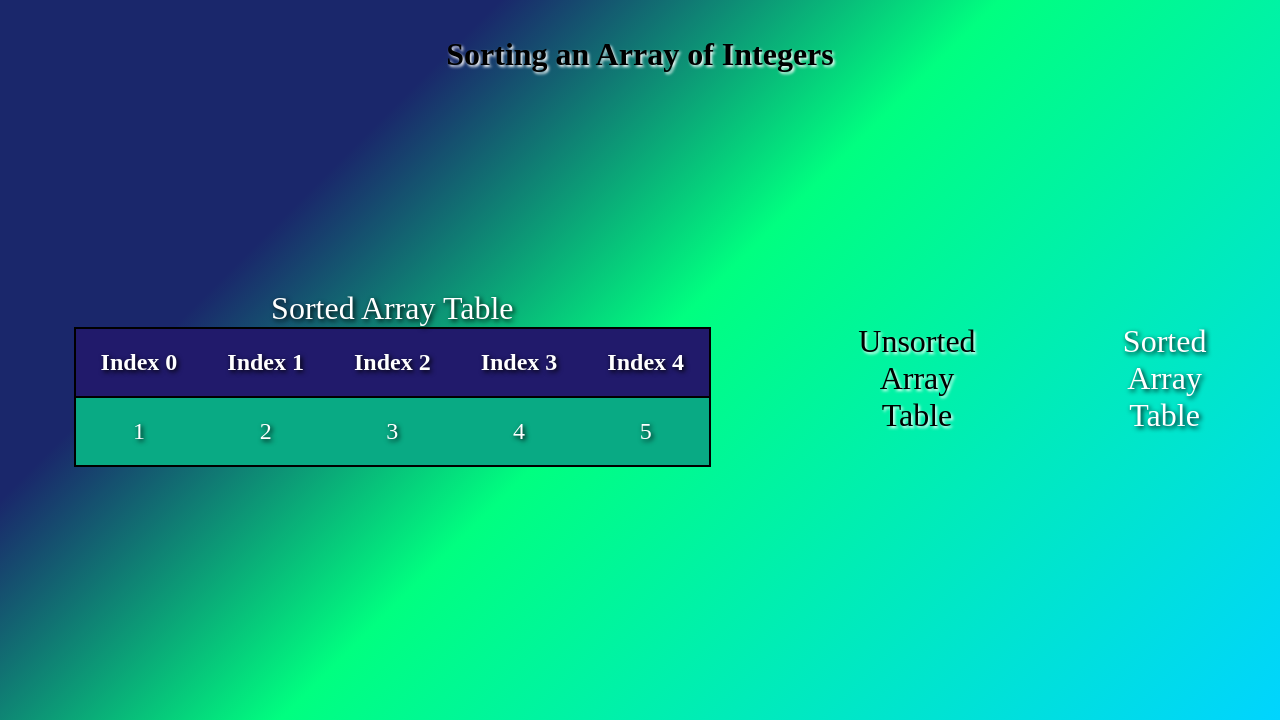
Repository: mlmEFSC21/P16-Sorting-Integers
Page: sort.html
These files come from the project's save history. The page is drawn as it stood at one moment and after the next save; the edit follows.
The browser window is 1280 px wide. The pictures show the whole page.

Above is the page before, as saved 2022-03-25 14:22:45.

### sort.html
<!DOCTYPE html>
<html lang="en">
    <head>
        <meta charset="UTF-8" />
        <meta http-equiv="X-UA-Compatible" content="IE=edge" />
        <meta name="viewport" content="width=device-width, initial-scale=1.0" />
        <link rel="stylesheet" href="sort.css" />
        <script defer src="sort.js"></script>
        <title>Array Sorting</title>
    </head>
    <body>
        <header class="mainHeader">
            <h1>Sorting an Array of Integers</h1>
        </header>
        <section>
            <div class="arrayContainer" id="arrayContainer">
                <!-- <table class="unsortedTable" id="unsortedTable">
                    <caption>
                        Unsorted Array Table
                    </caption>
                    <thead>
                        <tr class="theadRow">
                            <th>Index 0</th>
                            <th>Index 1</th>
                            <th>Index 2</th>
                            <th>Index 3</th>
                            <th>Index 4</th>
                        </tr>
                    </thead>
                    <tbody>
                        <tr>
                            <td>2</td>
                            <td>5</td>
                            <td>1</td>
                            <td>4</td>
                            <td>3</td>
                        </tr>
                    </tbody>
                </table> -->
                <table class="sortedTable" id="sortedTable">
                    <caption>
                        Sorted Array Table
                    </caption>
                    <thead>
                        <th>Index 0</th>
                        <th>Index 1</th>
                        <th>Index 2</th>
                        <th>Index 3</th>
                        <th>Index 4</th>
                    </thead>
                    <tbody>
                        <tr>
                            <td>1</td>
                            <td>2</td>
                            <td>3</td>
                            <td>4</td>
                            <td>5</td>
                        </tr>
                    </tbody>
                </table>
            </div>
        </section>
    </body>
</html>

### sort.css
:root {
    --clr-background: #00ff8f;
    --clr-primary-T1: hsl(184, 100%, 50%);
    --clr-primary-T2: hsl(245, 61%, 26%);
    --clr-secondary-T1: hsl(124, 100%, 50%);
    --clr-secondary-T2: hsl(166, 90%, 35%);
}
*,
*::after,
*::before {
    box-sizing: border-box;
    margin: 0;
    padding: 0;
}
body {
    font-size: 0.875;
    text-shadow: 1.75px 1.75px 3px white;
    background-color: var(--clr-background);
    background-repeat: no-repeat;
    background-size: cover;
    background: linear-gradient(
        135deg,
        rgba(26, 39, 107, 1) 25%,
        rgba(0, 255, 128, 1) 50%,
        rgba(0, 212, 255, 1) 100%
    );
    height: 100vh;
}
.mainHeader {
    height: 15vh;
    display: flex;
    align-items: center;
    justify-content: center;
}
.arrayContainer {
    height: min(75vh, 640px);
    display: flex;
    align-items: center;
    justify-content: space-around;
}
table {
    border-collapse: collapse;
    font-size: 1.5rem;
    border: 2px solid black;
}
caption {
    font-size: 2rem;
}
thead {
    border-bottom: 2px solid black;
}
th,
td {
    margin: 10px 15px;
    padding: 20px 25px;
}
.unsortedTable th {
    background-color: var(--clr-primary-T1);
}
.unsortedTable td {
    background-color: var(--clr-secondary-T1);
    text-align: center;
}
.sortedTable {
    color: white;
    text-shadow: 1.75px 1.75px 5px black;
}
.sortedTable th {
    background-color: var(--clr-primary-T2);
}
.sortedTable td {
    background-color: var(--clr-secondary-T2);
    text-align: center;
}

### sort.js
//hardcoded array to create logic for the sort.
const unsortedArray = [];
const sortedArray = unsortedArray.sort((a, b) => a - b);
const arrayContainer = document.querySelector("#arrayContainer");
const unsortedTable = document.createElement("table");
unsortedTable.setAttribute("class", "unsortedTable");
arrayContainer.append(unsortedTable);
const unsortedCaption = document.createElement("caption");
unsortedCaption.innerText = "Unsorted Array Table";
unsortedTable.append(unsortedCaption);

const sortedTable = document.createElement("table");
sortedTable.setAttribute("class", "sortedTable");
arrayContainer.append(sortedTable);
const sortedCaption = document.createElement("caption");
sortedCaption.innerText = "Sorted Array Table";
sortedTable.append(sortedCaption);

// let i = 0;
// while (i < 5) {
//     unsortedArray[i] = parseInt(prompt("Please enter an integer."));
//     i++;
// }

console.log(unsortedArray);
console.log(sortedArray);

// prettier-ignore
// document.getElementById("unsorted").innerText =
// `${unsortedArray[0]} ${unsortedArray[1]} ${unsortedArray[2]} ${unsortedArray[3]} ${unsortedArray[4]} `;

// // prettier-ignore
// document.getElementById("sorted").innerText =
// `${sortedArray[0]} ${sortedArray[1]} ${sortedArray[2]} ${sortedArray[3]} ${sortedArray[4]} `;

After the next save:
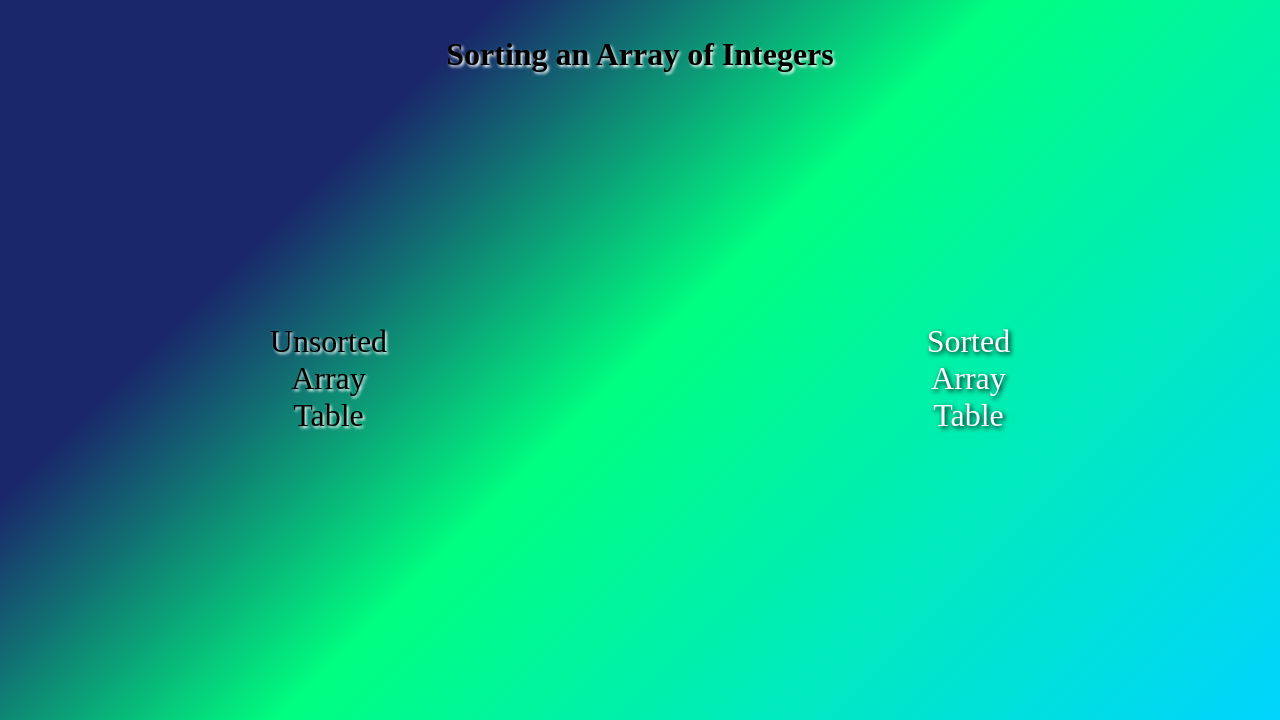
Saved 16 s later.
--- a/sort.html
+++ b/sort.html
@@ -37,7 +37,7 @@
                         </tr>
                     </tbody>
                 </table> -->
-                <table class="sortedTable" id="sortedTable">
+                <!-- <table class="sortedTable" id="sortedTable">
                     <caption>
                         Sorted Array Table
                     </caption>
@@ -57,7 +57,7 @@
                             <td>5</td>
                         </tr>
                     </tbody>
-                </table>
+                </table> -->
             </div>
         </section>
     </body>
